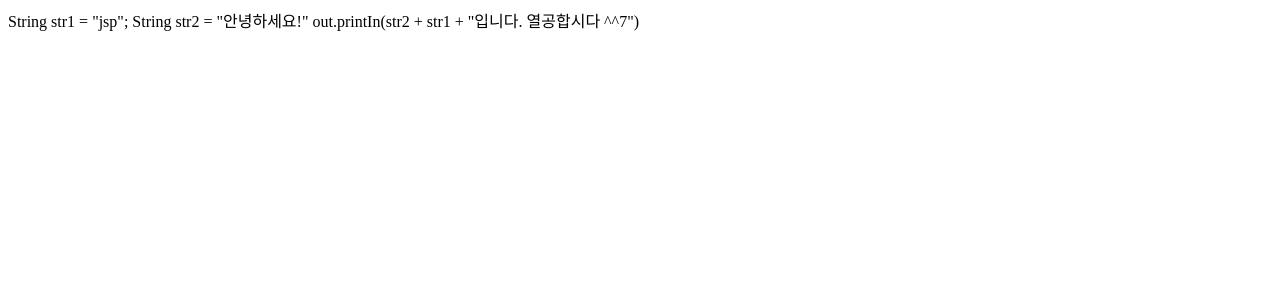
Repository: taein0714/jsp202408
Page: http://localhost/Proj0822/hello.jsp
These files come from the project's save history. The page is drawn as it stood at one moment and after the next save; the edit follows.
The browser window is 1280 px wide. The pictures show the whole page.
The page is served by Tomcat 9.

Above is the page before, as saved 2024-08-22 01:27:52.

After the next save:
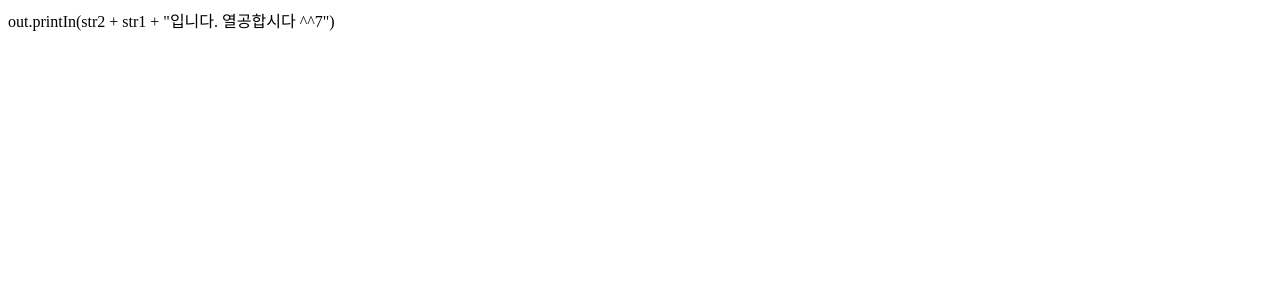
Saved 2 min 1 s later.
--- a/ex0822/Proj0822/src/main/webapp/hello.jsp
+++ b/ex0822/Proj0822/src/main/webapp/hello.jsp
@@ -1,8 +1,9 @@
 <%@ page language="java" contentType="text/html; charset=UTF-8"
     pageEncoding="UTF-8"%>
 <!DOCTYPE html>
+<%
 String str1 = "jsp";
-String str2 = "안녕하세요!"
+String str2 = "안녕하세요!";%>
 <html>
 <head>
 <meta charset="UTF-8">
